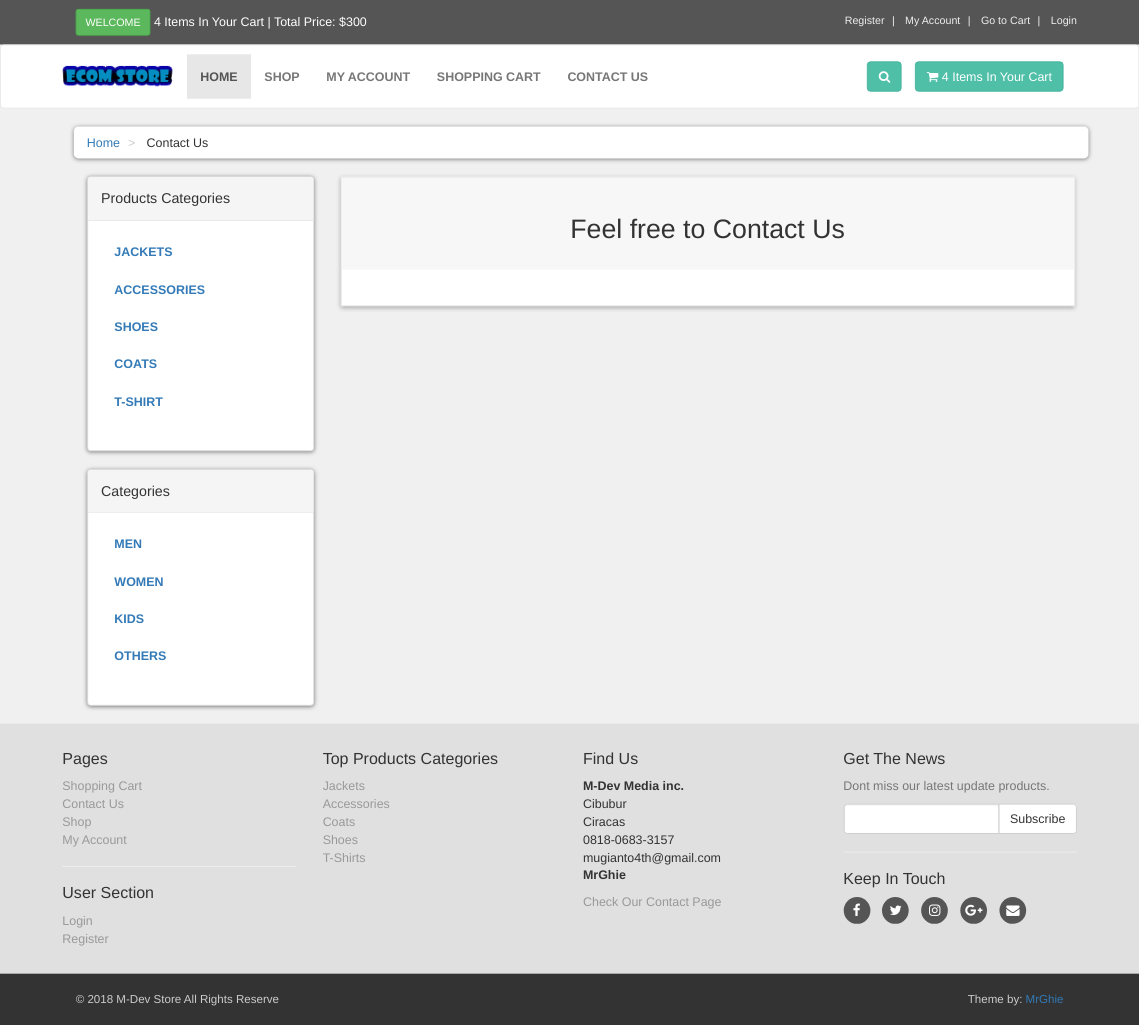
Repository: truonghuynhquy/M_Dev_Store
Page: http://localhost/contact.php
The author's editor kept a copy of each file at every save. The page is drawn from the files as they stood at one save, then again after the next save.
The browser window is 1280 px wide. The pictures show the whole page, at 89% of full size.
The page is run by PHP 8.4 with error messages shown; the project is at /var/www/html/.

Above is the page before, as saved 2022-10-01 14:08:03.

After the next save:
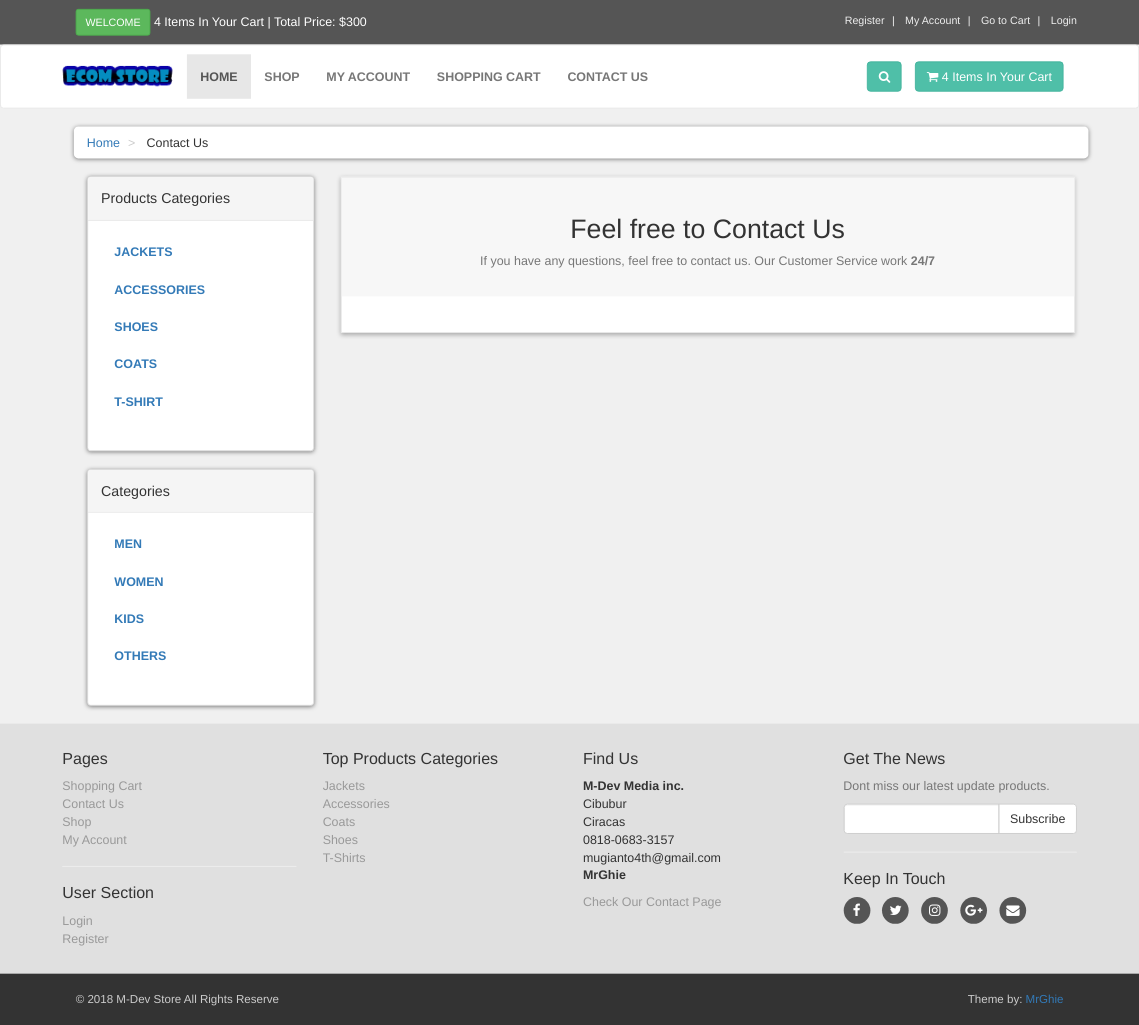
Saved 91 s later.
--- a/contact.php
+++ b/contact.php
@@ -212,10 +212,16 @@
                         <!-- box-header Begin -->
 
                         <center>
+                            <!-- center Begin -->
 
                             <h2>Feel free to Contact Us</h2>
 
-                        </center>
+                            <p class="text-muted">
+
+                                If you have any questions, feel free to contact us. Our Customer Service work <strong>24/7</strong>
+                            </p>
+
+                        </center><!-- center Finish -->
 
                     </div><!-- box-header Finish -->
 
